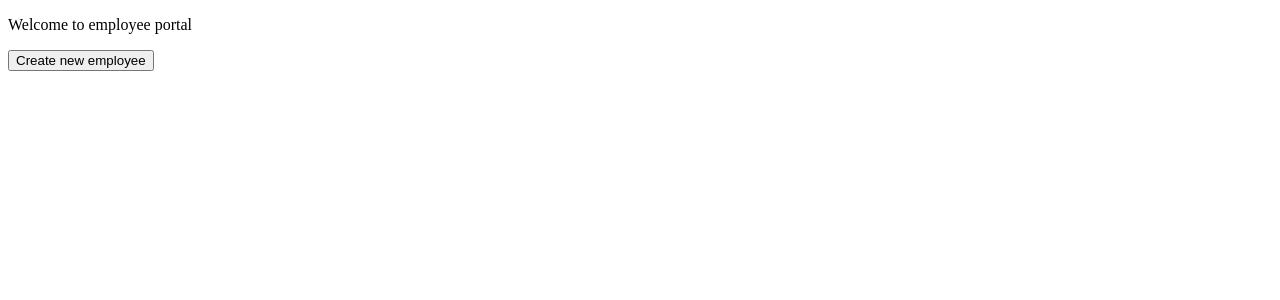
Repository: tamilnila96/Servlet
Page: http://localhost/EmployeeDetails/
An editor plug-in stored every save of this project. The page is shown before and after the next save, followed by the edit.
The browser window is 1280 px wide. The pictures show the whole page.
The page is served by Tomcat 9.

Above is the page before, as saved 2025-05-12 06:48:32.

After the next save:
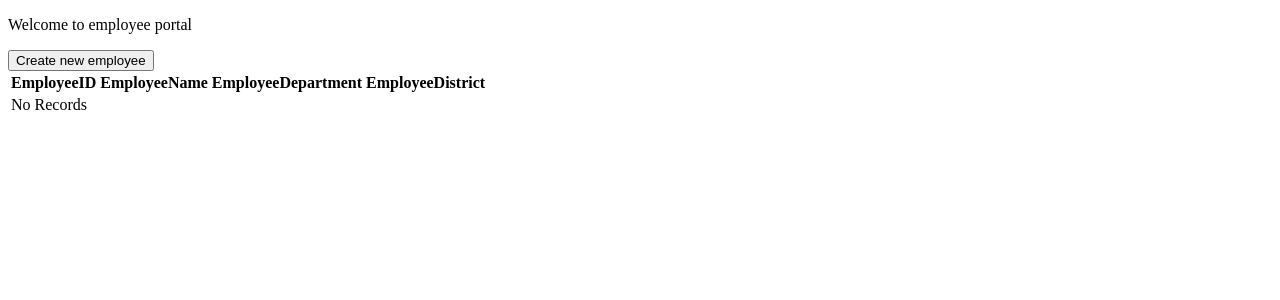
Saved 2 h 9 min later.
--- a/EmployeeDetails/WebContent/index.jsp
+++ b/EmployeeDetails/WebContent/index.jsp
@@ -13,5 +13,17 @@
         <button type="submit">Create new employee</button>
     </form>
 
+    <table>
+    <tr>
+    <th>EmployeeID</th>
+     <th>EmployeeName</th>
+      <th>EmployeeDepartment</th>
+       <th>EmployeeDistrict</th>
+    </tr>
+    <tr>
+    <td>No Records </td>
+    </tr>
+    </table>
+
 </body>
 </html>
